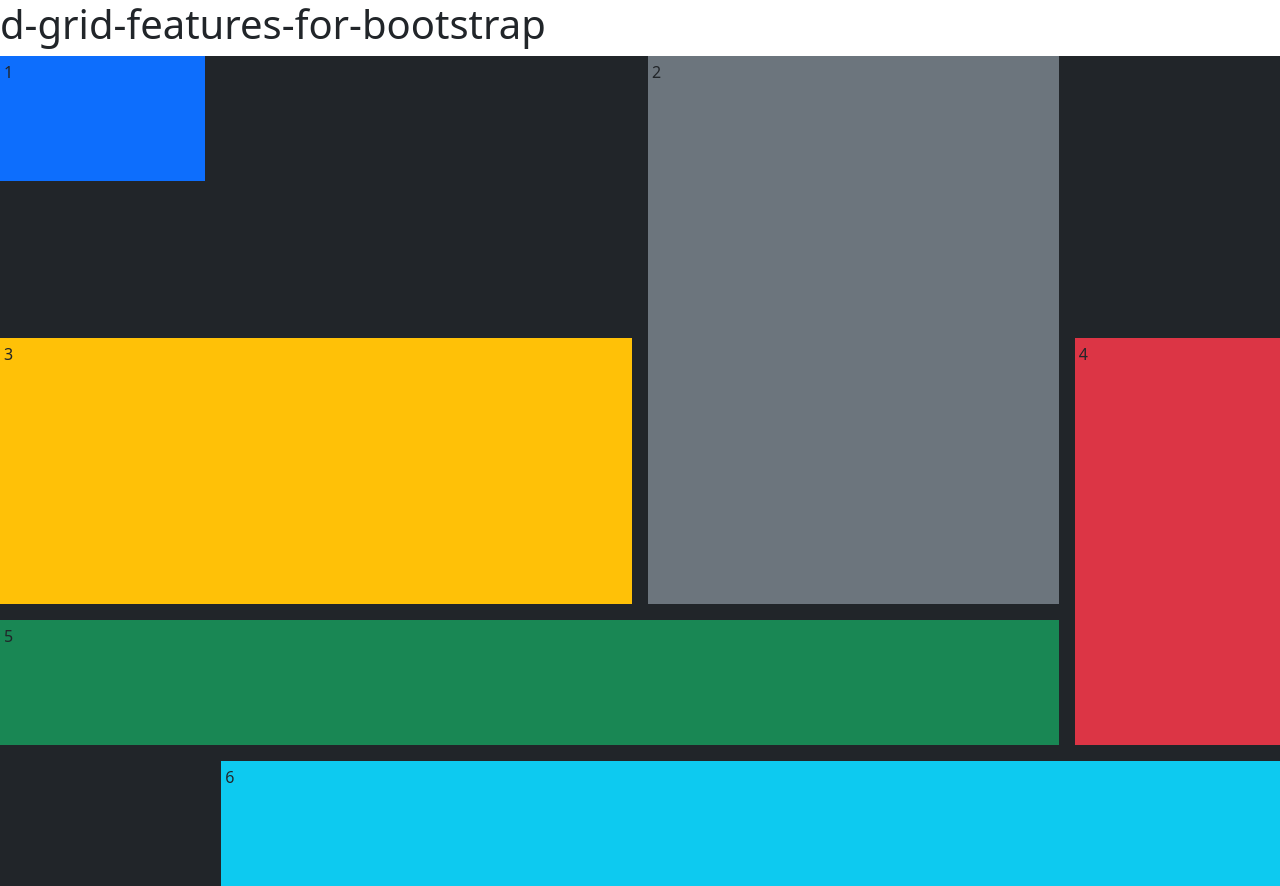
Repository: LynxPardelle/d-grid-features-for-bootstrap
Page: index.html
These files come from the project's save history. The page is drawn as it stood at one moment and after the next save; the edit follows.
The browser window is 1280 px wide. The pictures show the whole page.

Above is the page before, as saved 2021-10-20 05:53:56.

### index.html
<!DOCTYPE html>
<html lang="en">
<head>
  <meta charset="UTF-8">
  <meta http-equiv="X-UA-Compatible" content="IE=edge">
  <meta name="viewport" content="width=device-width, initial-scale=1.0">
  <title>d-grid-features-for-bootstrap</title>
  <link href="https://cdn.jsdelivr.net/npm/bootstrap@5.1.3/dist/css/bootstrap.min.css" rel="stylesheet" integrity="sha384-1BmE4kWBq78iYhFldvKuhfTAU6auU8tT94WrHftjDbrCEXSU1oBoqyl2QvZ6jIW3" crossorigin="anonymous">
</head>
<body>
  <h1>d-grid-features-for-bootstrap</h1>

  <!-- <section class="d-grid bg-dark" data-gfbs data-gfbs-gtc="repeat(4, 1fr)" data-gfbs-gtr="repeat(2, 100px)" > -->
    <!-- <section class="d-grid bg-dark" data-gfbs data-gfbs-gta='"f f b c c a"" f f d e e a"'> -->
      <section class="d-grid bg-dark" data-gfbs
      data-gfbs-gt='
      [row1-start] "a a b ." 25px [row1-end]
      [row2-start] "a a b ." 25px [row2-end]
      [row3-start] "c c b d" 25px [row3-end]
      [row4-start] "c c b d" 25px [row4-end]
      [row5-start] "e e e d" 25px [row5-end]
      [row6-start] ". f f f" 25px [row6-end]
      / 1fr 2fr 2fr 1fr'
      data-gfbs-gt-sm='
      [row1-start] "a a b ." 50px [row1-end]
      [row2-start] "a a b ." 50px [row2-end]
      [row3-start] "c c b d" 50px [row3-end]
      [row4-start] "c c b d" 50px [row4-end]
      [row5-start] "e e e d" 50px [row5-end]
      [row6-start] ". f f f" 50px [row6-end]
      / 1fr 2fr 2fr 1fr'
      data-gfbs-gt-md='
      [row1-start] "a a b ." 75px [row1-end]
      [row2-start] "a a b ." 75px [row2-end]
      [row3-start] "c c b d" 75px [row3-end]
      [row4-start] "c c b d" 75px [row4-end]
      [row5-start] "e e e d" 75px [row5-end]
      [row6-start] ". f f f" 75px [row6-end]
      / 1fr 2fr 2fr 1fr'
      data-gfbs-gt-lg='
      [row1-start] "a a b ." 100px [row1-end]
      [row2-start] "a a b ." 100px [row2-end]
      [row3-start] "c c b d" 100px [row3-end]
      [row4-start] "c c b d" 100px [row4-end]
      [row5-start] "e e e d" 100px [row5-end]
      [row6-start] ". f f f" 100px [row6-end]
      / 1fr 2fr 2fr 1fr'
      data-gfbs-gt-xl='
      [row1-start] "a a b ." 125px [row1-end]
      [row2-start] "a a b ." 125px [row2-end]
      [row3-start] "c c b d" 125px [row3-end]
      [row4-start] "c c b d" 125px [row4-end]
      [row5-start] "e e e d" 125px [row5-end]
      [row6-start] ". f f f" 125px [row6-end]
      / 1fr 2fr 2fr 1fr'
      data-gfbs-gt-xxl='
      [row1-start] "a a b ." 150px [row1-end]
      [row2-start] "a a b ." 150px [row2-end]
      [row3-start] "c c b d" 150px [row3-end]
      [row4-start] "c c b d" 150px [row4-end]
      [row5-start] "e e e d" 150px [row5-end]
      [row6-start] ". f f f" 150px [row6-end]
      / 1fr 2fr 2fr 1fr'
      data-gfbs-gap="1rem"
      >
      <!-- data-gfbs-cg="1rem"
      data-gfbs-rg="1rem" -->
    <div data-gfbs data-gfbs-iga="a" data-gfbs-iga-sm="g" class="grid-element bg-primary p-1">
      1
    </div>

    <div data-gfbs data-gfbs-iga="b" class="grid-element bg-secondary p-1">
      2
    </div>
    <div data-gfbs data-gfbs-iga="c" class="grid-element bg-warning p-1">
      3
    </div>
    <div data-gfbs data-gfbs-iga="d" class="grid-element bg-danger p-1">
      4
    </div>
    <div data-gfbs data-gfbs-iga="e" class="grid-element bg-success p-1">
      5
    </div>
    <div data-gfbs data-gfbs-iga="f" class="grid-element bg-info p-1">
      6
    </div>
  </section>

  <script src="https://cdn.jsdelivr.net/npm/bootstrap@5.1.3/dist/js/bootstrap.bundle.min.js" integrity="sha384-ka7Sk0Gln4gmtz2MlQnikT1wXgYsOg+OMhuP+IlRH9sENBO0LRn5q+8nbTov4+1p" crossorigin="anonymous"></script>
  <script src="./d-grid.js"></script>
</body>
</html>

### d-grid.js
"use strict";

let wWidth = window.innerWidth;
let gridElements = document.querySelectorAll("[data-gfbs]");

function checkIfHasBP(gridElement, atr) {
  let hasIt = false;
  let bp = 0;
  for (let attribute of gridElement.attributes) {
    let at = attribute.localName;
    if (at.includes(atr)) {
      if (
        at.includes("-sm") ||
        at.includes("-md") ||
        at.includes("-lg") ||
        at.includes("-xl") ||
        at.includes("-xxl")
      ) {
        switch (true) {
          case at.includes("-sm"):
            bp = 576;
            break;
          case at.includes("-md"):
            bp = 768;
            break;
          case at.includes("-lg"):
            bp = 992;
            break;
          case at.includes("-xl"):
            bp = 1200;
            break;
          case at.includes("-xxl"):
            bp = 1400;
            break;
        }
      }
    }
  }

  if (bp !== 0 && bp < wWidth) {
    hasIt = true;
  }

  if (atr.includes("gt")) {
    console.log(bp);
    console.log(wWidth);
    console.log(hasIt);
  }
  return hasIt;
}

for (let gridElement of gridElements) {
  for (let attribute of gridElement.attributes) {
    let at = attribute.localName;

    let attValue = attribute.value;

    if (
      at.includes("gfbs-") &&
      ((!at.includes("-sm") &&
        !at.includes("-md") &&
        !at.includes("-lg") &&
        !at.includes("-xl") &&
        !at.includes("-xxl") &&
        !checkIfHasBP(gridElement, at)) ||
        (at.includes("-sm") && wWidth >= 576 && wWidth < 768) ||
        (at.includes("-md") && wWidth >= 768 && wWidth < 992) ||
        (at.includes("-lg") && wWidth >= 992 && wWidth < 1200) ||
        (at.includes("-xl") && wWidth >= 1200 && wWidth < 1400) ||
        (at.includes("-xxl") && wWidth >= 1400))
    ) {
      switch (true) {
        /* Container */
        case at.includes("custom"):
          gridElement.style.cssText += attValue;
          break;
        case at.includes("gtc"):
          gridElement.style.gridTemplateColumns = attValue;
          break;
        case at.includes("gtr"):
          gridElement.style.gridTemplateRows = attValue;
          break;
        case at.includes("gta"):
          gridElement.style.gridTemplateAreas = attValue;
          break;
        case at.includes("gt"):
          console.log(at);
          console.log(attValue);
          gridElement.style.gridTemplate = attValue;
          break;
        case at.includes("cg"):
          gridElement.style.columnGap = attValue;
          break;
        case at.includes("rg"):
          gridElement.style.rowGap = attValue;
          break;
        case at.includes("gap"):
          gridElement.style.gap = attValue;
          break;
        case at.includes("ji"):
          gridElement.style.justifyItems = attValue;
          break;
        case at.includes("ai"):
          gridElement.style.alignItems = attValue;
          break;
        case at.includes("pi"):
          gridElement.style.placeItems = attValue;
          break;
        case at.includes("jc"):
          gridElement.style.justifyContent = attValue;
          break;
        case at.includes("ac"):
          gridElement.style.alignContent = attValue;
          break;
        case at.includes("pc"):
          gridElement.style.placeContent = attValue;
          break;
        case at.includes("gac"):
          gridElement.style.gridAutoColumns = attValue;
          break;
        case at.includes("gar"):
          gridElement.style.gridAutoRows = attValue;
          break;
        case at.includes("gaf"):
          gridElement.style.gridAutoFlow = attValue;
          break;
        case at.includes("grid"):
          gridElement.style.grid = attValue;
          break;

        /* Item */
        case at.includes("gcs"):
          gridElement.style.gridColumnStart = attValue;
          break;
        case at.includes("gce"):
          gridElement.style.gridColumnEnd = attValue;
          break;
        case at.includes("gc"):
          gridElement.style.gridColumn = attValue;
          break;
        case at.includes("grs"):
          gridElement.style.gridRowStart = attValue;
          break;
        case at.includes("gre"):
          gridElement.style.gridRowEnd = attValue;
          break;
        case at.includes("gr"):
          gridElement.style.gridRow = attValue;
          break;
        case at.includes("iga"):
          gridElement.style.gridArea = attValue;
          break;
        case at.includes("js"):
          gridElement.style.justifySelf = attValue;
          break;
        case at.includes("as"):
          gridElement.style.alignSelf = attValue;
          break;
        case at.includes("ps"):
          gridElement.style.placeSelf = attValue;
          break;
      }
    }
  }
}

After the next save:
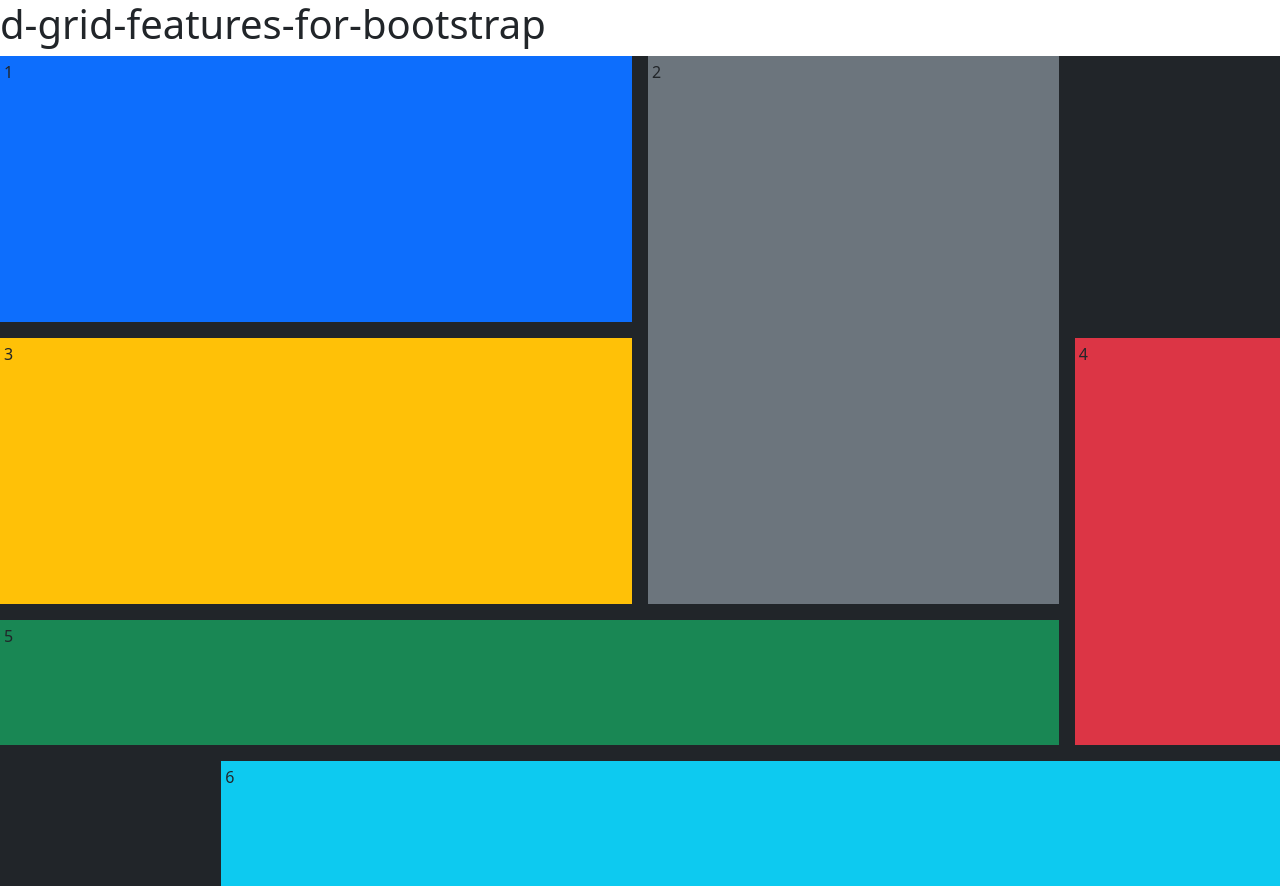
Saved 60 s later.
--- a/d-grid.js
+++ b/d-grid.js
@@ -61,8 +61,7 @@ for (let gridElement of gridElements) {
         !at.includes("-md") &&
         !at.includes("-lg") &&
         !at.includes("-xl") &&
-        !at.includes("-xxl") &&
-        !checkIfHasBP(gridElement, at)) ||
+        !at.includes("-xxl")) ||
         (at.includes("-sm") && wWidth >= 576 && wWidth < 768) ||
         (at.includes("-md") && wWidth >= 768 && wWidth < 992) ||
         (at.includes("-lg") && wWidth >= 992 && wWidth < 1200) ||

After the save that followed:
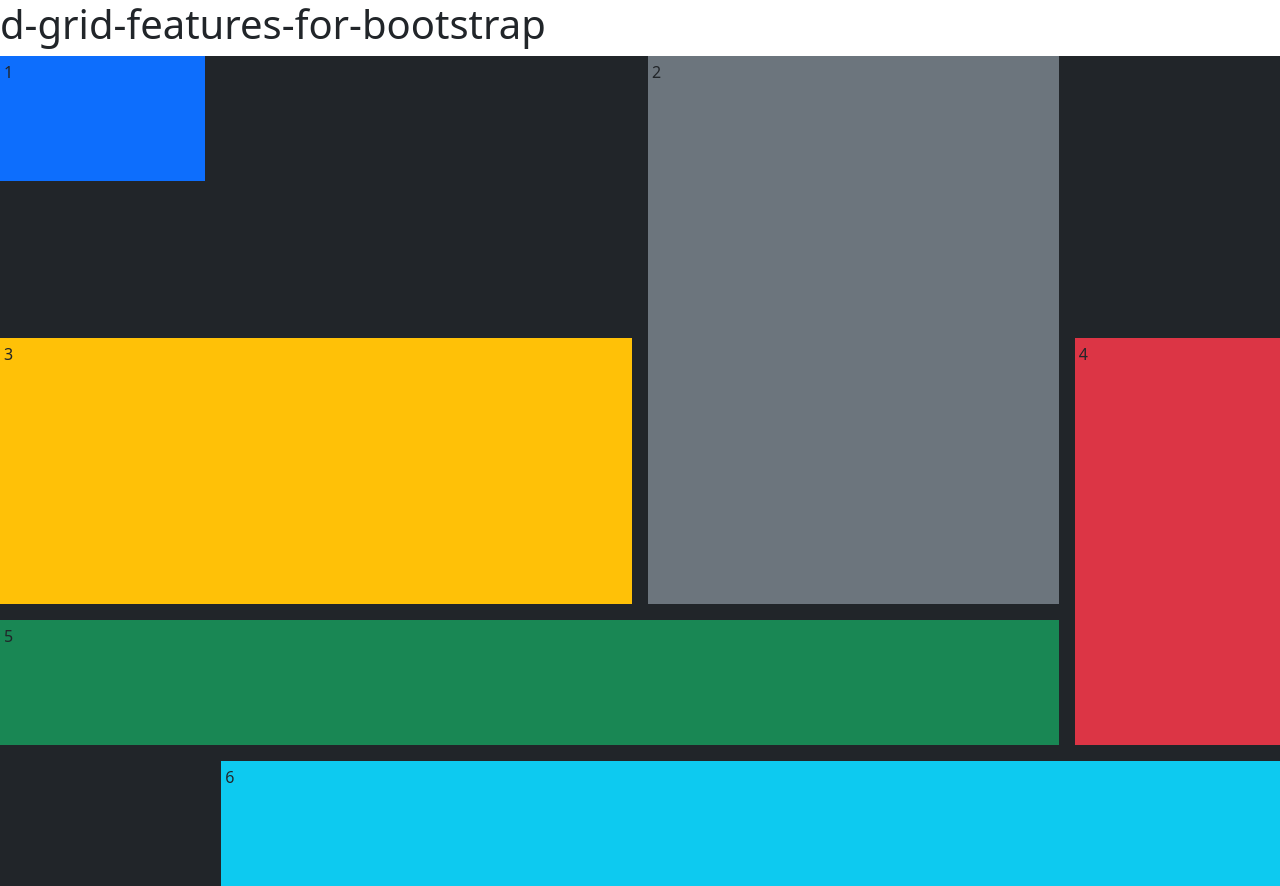
Saved 25 s later.
--- a/d-grid.js
+++ b/d-grid.js
@@ -61,7 +61,8 @@ for (let gridElement of gridElements) {
         !at.includes("-md") &&
         !at.includes("-lg") &&
         !at.includes("-xl") &&
-        !at.includes("-xxl")) ||
+        !at.includes("-xxl") &&
+        !checkIfHasBP(gridElement, at)) ||
         (at.includes("-sm") && wWidth >= 576 && wWidth < 768) ||
         (at.includes("-md") && wWidth >= 768 && wWidth < 992) ||
         (at.includes("-lg") && wWidth >= 992 && wWidth < 1200) ||
